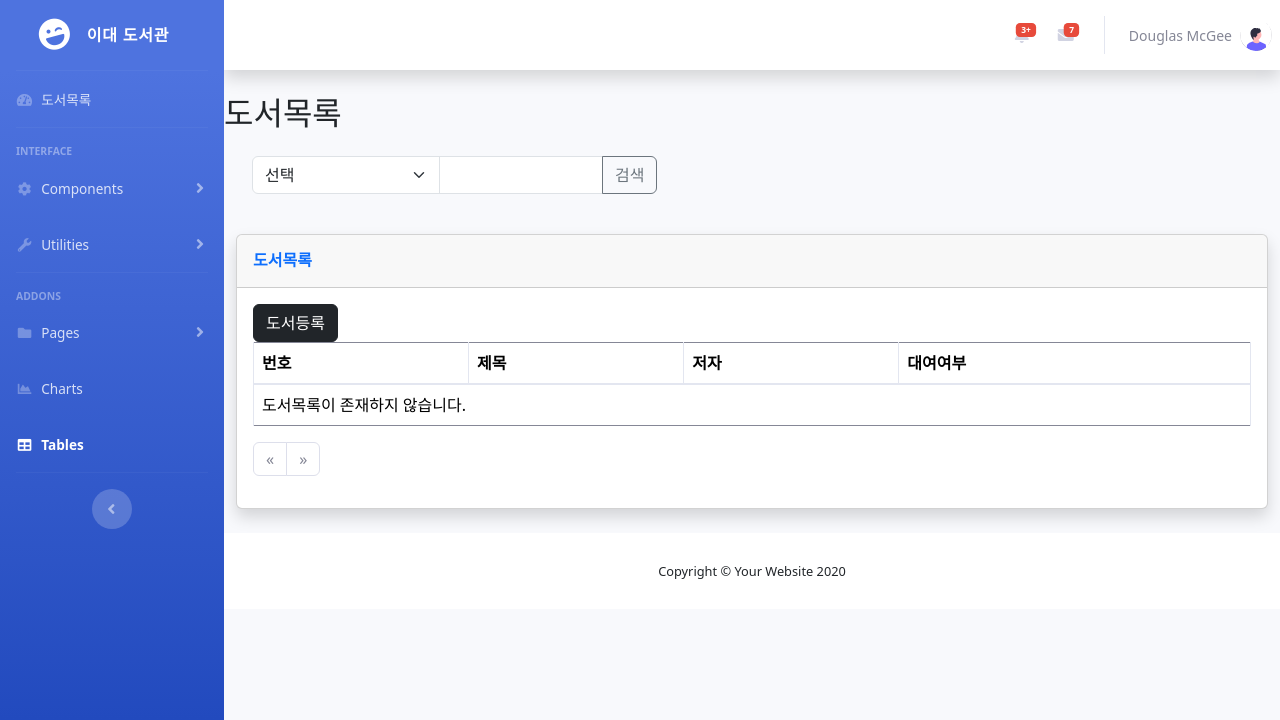
Repository: allely/spring
Page: http://localhost/jsp/book/bookList
These files come from the project's save history. The page is drawn as it stood at one moment and after the next save; the edit follows.
The browser window is 1280 px wide. The pictures show the whole page.
The page is served by Tomcat 9. Other server files are loaded and not shown. Queries for data that is not in the repository find no rows.

Above is the page before, as saved 2023-11-27 03:20:29.

### 2. 서블릿 & JSP/jsp/jsp/src/main/webapp/book/bookList.jsp
<%@ page language="java" contentType="text/html; charset=UTF-8"
    pageEncoding="UTF-8"%>
<%@taglib prefix="c" uri="http://java.sun.com/jsp/jstl/core" %>
<!DOCTYPE html>
<html>
<head>

<link href="https://cdn.jsdelivr.net/npm/bootstrap@5.3.1/dist/css/bootstrap.min.css" rel="stylesheet" integrity="sha384-4bw+/aepP/YC94hEpVNVgiZdgIC5+VKNBQNGCHeKRQN+PtmoHDEXuppvnDJzQIu9" crossorigin="anonymous">

<style type="text/css">
	.pointer {
		cursor: pointer;
	}


</style>

<script type="text/javascript">
	window.onload = function() {
		// 요소 선택
		let regBtn = document.querySelector("#regBtn");

		// 이벤트 부여
		regBtn.addEventListener('click', function(){
			location.href = "/book/reg.jsp";
		});
	}

/*
	스크립트에서 함수 정의하는 방법
	function 함수명(파람0, 파람, ...);
*/
	function goview(no){
		location.href="/view?no=" + no;
	}
</script>
<meta charset="UTF-8">
<title>Insert title here</title>
</head>
<body>
<%@include file="/header.jsp" %>
	<!--  header 외부파일 인클루드 -->


	<!-- 도서목록을 출력한다. -->
	<h2>도서목록</h2>
	<!-- Content Wrapper -->
	<div id="content-wrapper" class="d-flex flex-column">

		<!-- 메인컨텐츠 영역 -->
		<!-- Begin Page Content -->
		<div class="container-fluid">

			<!-- Topbar Search -->
			<p>
			<form name="searchForm" action="/book/bookList"
				class="d-none d-sm-inline-block form-inline mr-auto ml-md-3 my-2 my-md-0 mw-100 navbar-search">
				<%--
				pageNo : <input type="text" name="pageNo" value="${pageDto.cri.pageNo }">
				num : <input type="text" name="num" value="">
				amount : <input type="text"	name="amount" value="10">
				 --%>
				<div class="input-group">
					<select class="form-select" name="searchField"
						id="inputGroupSelect04"
						aria-label="Example select with button addon">
						<option selected disabled>선택</option>
						<!-- 선택된 요소의 value값이 서버로 넘어간다. -->
						<option value="title"
							${pageDto.cri.searchField eq 'title' ? 'selected' : ""}>제목</option>
						<option value="id"
							${pageDto.cri.searchField eq 'id' ? 'selected' : ""}>작성자</option>
						<option value="content"
							${pageDto.cri.searchField eq 'content' ? 'selected' : ""}>내용</option>
					</select> <input type="text" name="searchWord" class="form-control"
						aria-label="Text input with dropdown button">
					<button class="btn btn-outline-secondary" type="submit">검색</button>
				</div>
			</form>
			</p>
			<br>

			<!-- DataTales Example -->
			<div class="card shadow mb-4">
				<div class="card-header py-3">
					<h6 class="m-0 font-weight-bold text-primary">도서목록</h6>
				</div>
				<div class="card-body">
					<button type="button" class="btn btn-dark" id="regBtn">도서등록</button>
					<div class="table-responsive">
						<table class="table table-bordered" width="100%" cellspacing="0">
							<thead>
								<tr>
									<th>번호</th>
									<th>제목</th>
									<th>저자</th>
									<th>대여여부</th>
								</tr>
							</thead>
							<tbody>

								<!-- 리스트가 비어있으면 메세지 출력 -->
								<c:if test="${empty list }" var="res">
									<tr>
										<td colspan="4">도서목록이 존재하지 않습니다.</td>
									</tr>
								</c:if>

								<!-- 리스트가 비어있지 않다면 도서목록 출력 -->
								<c:if test="${not res }">
									<c:forEach items="${list }" var="bookDto">
										<tr>
											<td>${bookDto.num }</td>
											<td class="pointer" onclick="goview(${bookDto.num})">${bookDto.title }</td>
											<td>${bookDto.author }</td>
											<!-- Y/N => 대여가능/대여중 -->
											<td>${bookDto.rentynStr }</td>
										</tr>
									</c:forEach>

								</c:if>
							</tbody>
						</table>
						<!-- pageDto가 reqeust영역에 저정되어 있으면  -->
						<%@include file="/06.session/servletEx/pageNavi.jsp"%>
					</div>
				</div>
			</div>

		</div>
		<!-- /.container-fluid -->

		<!-- 메인컨텐츠 영역 끝 -->

	</div>
	<!-- End of Main Content -->
	<!--  footer 외부파일 인클루드 -->
	<%@include file="/footer.jsp"%>
	<!-- 부트스트랩 js -->
	<script
		src="https://cdn.jsdelivr.net/npm/bootstrap@5.3.1/dist/js/bootstrap.bundle.min.js"
		integrity="sha384-HwwvtgBNo3bZJJLYd8oVXjrBZt8cqVSpeBNS5n7C8IVInixGAoxmnlMuBnhbgrkm"
		crossorigin="anonymous"></script>
</body>
</html>

### 2. 서블릿 & JSP/jsp/jsp/src/main/webapp/06.session/servletEx/pageNavi.jsp
<%@page import="com.me.dto.PageDto"%>
<%@page import="com.me.dto.Criteria"%>
<%@ page language="java" contentType="text/html; charset=UTF-8"
    pageEncoding="UTF-8"%>
<%@taglib prefix="c" uri="http://java.sun.com/jsp/jstl/core" %>
<!DOCTYPE html>
<html>
<head>
<script type="text/javascript">
	function goPage(pageNo){
		searchForm.pageNo.vaue = 0;
		searchForm.submit();


	}
</script>
<meta charset="UTF-8">
<title>Insert title here</title>
<!-- 부트스트랩 CSS -->
<link href="https://cdn.jsdelivr.net/npm/bootstrap@5.3.1/dist/css/bootstrap.min.css" rel="stylesheet" integrity="sha384-4bw+/aepP/YC94hEpVNVgiZdgIC5+VKNBQNGCHeKRQN+PtmoHDEXuppvnDJzQIu9" crossorigin="anonymous">

<%/*
	PageDto pageDto = null;
	if(request.getAttribute("pageDto") != null && !"".equals(request.getAttribute("pageDto"))){
		pageDto = (PageDto)request.getAttribute("pageDto");
	} else {
		pageDto = new PageDto(0, new Criteria());
	}
*/%>

</head>
<body>

<!-- 페이지 블럭을 출력하는 방법
	1. 요청 컨트롤러에서 pageDto를 request영역에 저장.
	2. pageNavi.jsp를 리스트 페이지 블럭을 출력하고 싶은 위치에 include.
	3. searchForm을 생성.
		pageNo 요소가 있어야 함.
 -->

<!-- 페이지네이션 -->
<nav aria-label="...">
  <ul class="pagination">

  	<!-- 앞으로 가기 버튼 시작, disabled : 비활성화 -->
    <li class='page-item ${pageDto.prev ? "" : "disabled" }'>
      <a class="page-link" onclick="goPage(${pageDto.startNo -1})">&laquo;</a>
    </li>
    <!-- 앞으로 가기 버튼 끝 -->

    <c:forEach begin="${pageDto.startNo }" end="${pageDto.endNo }" var="i">
	    <li class="page-item">
	    	<!-- href="..." 링크로 이동할 경우, 검색어가 유지되지 않는다. -->
	    	<!-- 검색어를 유지하기 위해 searchForm을 전송하는 goPage 함수를 생성. -->
	    	<!-- 링크를 함수호출로 변경, onClick이벤트가 발생하면 goPage()함수를 호출한다.
	    				함수의 파라메터로 페이지번호를 넣어주어야 한다. -->
	    	<a class="page-link ${pageDto.cri.pageNo eq i ? 'active' : '' }"
	    		onclick="goPage(${i})">
	    		${i }
	    	</a>
	    </li>
    </c:forEach>

    <!-- 뒤로가기 버튼 시작 -->
    <li class='page-item ${pageDto.prev ? "" : "disabled" }'>
      <a class="page-link" onclick="goPage(${pageDto.endNo + 1 })">&raquo;</a>
    </li>
    <!-- 뒤로가기 버튼 끝 -->

  </ul>
</nav>

<!-- 부트스트랩 JS -->
<script src="https://cdn.jsdelivr.net/npm/bootstrap@5.3.1/dist/js/bootstrap.bundle.min.js" integrity="sha384-HwwvtgBNo3bZJJLYd8oVXjrBZt8cqVSpeBNS5n7C8IVInixGAoxmnlMuBnhbgrkm" crossorigin="anonymous"></script>
</body>
</html>

### 2. 서블릿 & JSP/jsp/jsp/src/main/webapp/footer.jsp
<%@ page language="java" contentType="text/html; charset=UTF-8"
    pageEncoding="UTF-8"%>
<!DOCTYPE html>
<html>
<head>
<meta charset="UTF-8">
<title>Insert title here</title>
</head>
<body>
<div>
<div>

 <!-- Footer -->
            <footer class="sticky-footer bg-white">
                <div class="container my-auto">
                    <div class="copyright text-center my-auto">
                        <span>Copyright &copy; Your Website 2020</span>
                    </div>
                </div>
            </footer>
            <!-- End of Footer -->

        </div>
        <!-- End of Content Wrapper -->

    </div>
    <!-- End of Page Wrapper -->

    <!-- Scroll to Top Button-->
    <a class="scroll-to-top rounded" href="#page-top">
        <i class="fas fa-angle-up"></i>
    </a>

    <!-- Logout Modal-->
    <div class="modal fade" id="logoutModal" tabindex="-1" role="dialog" aria-labelledby="exampleModalLabel"
        aria-hidden="true">
        <div class="modal-dialog" role="document">
            <div class="modal-content">
                <div class="modal-header">
                    <h5 class="modal-title" id="exampleModalLabel">Ready to Leave?</h5>
                    <button class="close" type="button" data-dismiss="modal" aria-label="Close">
                        <span aria-hidden="true">×</span>
                    </button>
                </div>
                <div class="modal-body">Select "Logout" below if you are ready to end your current session.</div>
                <div class="modal-footer">
                    <button class="btn btn-secondary" type="button" data-dismiss="modal">Cancel</button>
                    <a class="btn btn-primary" href="login.html">Logout</a>
                </div>
            </div>
        </div>
    </div>

    <!-- Bootstrap core JavaScript-->
    <script src="../vendor/jquery/jquery.min.js"></script>
    <script src="../vendor/bootstrap/js/bootstrap.bundle.min.js"></script>

    <!-- Core plugin JavaScript-->
    <script src="../vendor/jquery-easing/jquery.easing.min.js"></script>

    <!-- Custom scripts for all pages-->
    <script src="../js/sb-admin-2.min.js"></script>

    <!-- Page level plugins -->
    <script src="../vendor/datatables/jquery.dataTables.min.js"></script>
    <script src="../vendor/datatables/dataTables.bootstrap4.min.js"></script>

    <!-- Page level custom scripts -->
    <script src="../js/demo/datatables-demo.js"></script>

</body>
</html>

### 2. 서블릿 & JSP/jsp/jsp/src/main/java/com/me/lib/controller/BookListController.java
package com.me.lib.controller;

import java.io.IOException;
import javax.servlet.ServletException;
import javax.servlet.annotation.WebServlet;
import javax.servlet.http.HttpServlet;
import javax.servlet.http.HttpServletRequest;
import javax.servlet.http.HttpServletResponse;

import com.me.dto.Criteria;
import com.me.dto.PageDto;
import com.me.lib.dao.BookDao;

@WebServlet("/book/bookList")
public class BookListController extends HttpServlet {
	private static final long serialVersionUID = 1L;

	/**
	 * 도서목록을 조회 후 request영역에 저장한다.
	 * bookList.jsp로 forward한다.
	 */
	protected void doGet(HttpServletRequest request, HttpServletResponse response) throws ServletException, IOException {
		// 사용자의 요청 정보를 확인한다.
		Criteria cri = new Criteria(
								request.getParameter("pageNo")	// 요청 페이지 번호(기본값 : 1)
								, request.getParameter("amount")  // 페이지당 게시물 수(기본값 : 10)
								, request.getParameter("searchField")
								, request.getParameter("searchWord")
								);
		System.out.println(cri);
		BookDao dao = new BookDao();
		// 도서목록 조회 후 reqeust영역에 담는다. 조회하기 위해서
		request.setAttribute("list", dao.getList(cri));

		// 페이지 블럭을 생성하기 위해
		PageDto pageDto = new PageDto(dao.getTotalCnt(cri), cri);
		request.setAttribute("pageDto", pageDto);

		dao.close();
		request.getRequestDispatcher("/book/bookList.jsp").forward(request, response);
	}
}

### 2. 서블릿 & JSP/jsp/jsp/src/main/java/com/me/dto/Criteria.java
package com.me.dto;
/**
 * 리스트를 조회하기 위한 파라메터 세팅
 */
public class Criteria {
	// 기본값을 설정
	// 페이지 번호
	private int pageNo = 1;
	// 페이지당 게시물 수
	private int amount = 10;

	// 검색어
	private String searchWord = "";
	// 검색 필드
	private String searchField = "";

	// 페이지 번호와 페이지당 게시물의 수를 받아서 조회할 게시글 목록을
	// 조회할 게시글의 시작 번호
	private int startNum;
	// 조회할 게시글의 끝번호
	private int endNum;

	/**
	 * 생성자를 통해 페이번호와 페이지당 게시물의 수를 받아와서
	 * 시작번화와 끝번호를 구한다.
	 * @param pageNo
	 * @param amount
	 */

	public Criteria() {
		endNum = this.pageNo * this.amount;
		startNum = endNum - (this.amount-1);
	}

	public Criteria(String pageNo, String amount) {
		//페이지 조회에 필요한 정보 수집.
		// request.getParameter("")를 받아 사용하기 때문에 매개변수를 String으로 받는다.
		if(pageNo != null && !"".equals(pageNo)) {
			this.pageNo = Integer.parseInt(pageNo);
		}
		if(amount != null && !"".equals(amount)) {
			this.amount = Integer.parseInt(amount);
		}
		endNum = this.pageNo * this.amount;
		startNum = endNum - (this.amount-1);
	}

	public Criteria(String pageNo, String amount, String searchField, String searchWord) {
		//페이지 조회에 필요한 정보 수집.
		// request.getParameter("")를 받아 사용하기 때문에 매개변수를 String으로 받는다.
		if(pageNo != null && !"".equals(pageNo)) {
			this.pageNo = Integer.parseInt(pageNo);
		}
		if(amount != null && !"".equals(amount)) {
			this.amount = Integer.parseInt(amount);
		}

		endNum = this.pageNo * this.amount;
		startNum = endNum - (this.amount-1);

		if(searchField != null && !"".equals(searchField)) {
			this.searchField = searchField;
		}
		if(searchWord != null && !"".equals(searchWord)) {
			this.searchWord = searchWord;
		}
	}

	@Override
	public String toString() {
		// 재정의하지 않으면 메모리주소가 출력.
		// toString메서드를 재정의하여 객체가 가진 필드값을 출력한다.
		return "[searchWord] : " + searchWord
				+ "\n[searchField] :" + searchField
				+ "\n[pageNo] : " + pageNo
				+ "\n[amount] : " + amount;
	}

	public int getPageNo() {
		return pageNo;
	}
	public void setPageNo(int pageNo) {
		this.pageNo = pageNo;
	}
	public int getAmount() {
		return amount;
	}
	public void setAmount(int amount) {
		this.amount = amount;
	}
	public int getStartNum() {
		return startNum;
	}
	public void setStartNum(int startNum) {
		this.startNum = startNum;
	}
	public int getEndNum() {
		return endNum;
	}
	public void setEndNum(int endNum) {
		this.endNum = endNum;
	}

	public String getSearchWord() {
		return searchWord;
	}

	public void setSearchWord(String searchWord) {
		this.searchWord = searchWord;
	}

	public String getSearchField() {
		return searchField;
	}

	public void setSearchField(String searchField) {
		this.searchField = searchField;
	}
}

### 2. 서블릿 & JSP/jsp/jsp/src/main/java/com/me/common/DBConnPool.java
package com.me.common;

import java.sql.Connection;
import java.sql.PreparedStatement;
import java.sql.ResultSet;
import java.sql.SQLException;
import java.sql.Statement;

import javax.naming.Context;
import javax.naming.InitialContext;
import javax.naming.NamingException;
import javax.sql.DataSource;

public class DBConnPool {
	public Connection con;
	public Statement stmt;
	public PreparedStatement pstmt;
	public ResultSet rs;

	public DBConnPool() {

		try {
			// JNDI를 통해 커넥션을 얻어오기

			Context initContext = new InitialContext();
			Context envContext  = (Context)initContext.lookup("java:/comp/env");
			DataSource ds = (DataSource)envContext.lookup("jdbc/myoracle");
			// 커넥션풀을 통해 연결 객체를 멤버변수 con에 담아준다.
			con = ds.getConnection();
			System.out.println("확인 : " + con);

		} catch (NamingException e) {
			System.out.println("===============DBConnPool NamingException");
			e.printStackTrace();
		} catch (SQLException e) {
			System.out.println("===============DBConnPool SQLException");
			e.printStackTrace();
		}
	}

	/**
	 * 연결해제(자원반납)
	 */
	public void close() {
		try {
			if(rs != null) rs.close();
			if(pstmt != null) pstmt.close();
			if(stmt != null) stmt.close();
			if(con != null) con.close();
			System.out.println("자원 반납 성공");

		} catch(Exception e){
			System.out.println("자원 반납 중 예외가 발생했습니다.");
			e.printStackTrace();
		}
	}
	/**
	 * 페이지쿼리를 생성해주는 메서드
	 * @param sql
	 * @return
	 */
	public String pageingQuery(String sql) {
		String before = "SELECT * \n"
				+ "	FROM 	(SELECT B.* ,ROWNUM RNUM\r\n"
				+ "        		FROM    (";
		String after = "		) B\r\n"
				+ " 	)\r\n"
				+ "WHERE RNUM BETWEEN ? AND ?";
		return before + sql + after;
	}
}

### 2. 서블릿 & JSP/jsp/jsp/src/main/java/com/me/lib/dao/BookDao.java
package com.me.lib.dao;

import java.sql.SQLException;
import java.util.ArrayList;
import java.util.List;

import com.me.common.DBConnPool;
import com.me.dto.Criteria;
import com.me.lib.dto.BookDto;

public class BookDao extends DBConnPool{
	/**
	 * 도서의 상세 정보를 조회 후 반환한다.
	 * @param no
	 * @return 도서정보(BookDto)
	 */
	public BookDto view(String no) {

		String sql = "SELECT * FROM BOOK WHERE NO = ?";

		BookDto bookDto = new BookDto();

		try {
			pstmt = con.prepareStatement(sql);
			pstmt.setString(1, no);

			rs = pstmt.executeQuery();

			if(rs.next()) {
				bookDto.setNum(rs.getString("no"));
				bookDto.setTitle(rs.getString("title"));
				bookDto.setAuthor(rs.getString("author"));
				bookDto.setRentyn(rs.getString("rentyn"));
				// setRentyn() 에 rentynStr도 같이 입력되도록 함.
			}

		} catch (SQLException e) {
			e.printStackTrace();
		}
		return bookDto;
	}

	/**
	 * 도서목록을 조회 후 반환한다.
	 * @return 도서목록
	 */
	public List<BookDto> getList(Criteria cri){
		List<BookDto> list = new ArrayList<>();

		String where = "";
		if(!"".equals(cri.getSearchField())
				&& !"".equals(cri.getSearchWord())) {
			where = "WHERE " + cri.getSearchField()
					+ " LIKE '%" + cri.getSearchWord() + "%'";
		}
		String sql = "SELECT * \r\n"
				+ "	FROM BOOK \r\n"
				+ where
				+ "	ORDER BY NO DESC\r\n";
		try {
			// pageingQuery를 이용시 페이지 처리를 위한 파라메터 세팅을 해주어야 한다.
			sql = pageingQuery(sql);
			System.out.println(sql);
			pstmt = con.prepareStatement(sql);
			pstmt.setInt(1, cri.getStartNum());
			pstmt.setInt(2, cri.getEndNum());
			rs = pstmt.executeQuery();

			while(rs.next()) {
				String no = rs.getString("no");
				String title = rs.getString("title");
				String author = rs.getString("author");
				String rentyn = rs.getString("rentyn");
				BookDto dto = new BookDto(no, title, author, rentyn);
				list.add(dto);
			}
		} catch (SQLException e) {

			e.printStackTrace();
		}
		return list;
	}

	public int getTotalCnt(Criteria cri) {
		int res = 0;
		String where = "";
		if(!"".equals(cri.getSearchField())
				&& !"".equals(cri.getSearchWord())) {
			where = "WHERE " + cri.getSearchField()
					+ " LIKE '%" + cri.getSearchWord() + "%'";
		}
		String sql = "SELECT COUNT(*) FROM BOOK "
					+ where;

		try {
			pstmt = con.prepareStatement(sql);
			rs = pstmt.executeQuery();

			if(rs.next()) {
				res = rs.getInt(1);
			}
		} catch (SQLException e) {
			e.printStackTrace();
		}

		return res;
	}
	/**
	 * 도서 등록
	 * @param dto
	 * @return
	 */
	public int regBook(BookDto dto) {
		int res = 0;
		String sql = "INSERT INTO BOOK (NO, TITLE, RENTYN, AUTHOR)\r\n"
				+ "            VALUES (SEQ_NUMBER_NO.NEXTVAL, '?', 'N', '?')";

		try {
			pstmt = con.prepareStatement(sql);

			pstmt.setString(1, dto.getTitle());
			pstmt.setString(2, dto.getAuthor());

			// select문장은 결과집합을 반환 : rs = pstmt.executeQuery();
			// insert, delete, update의 반환 타입은 몇 건이 처리되었는지 결과
			res = pstmt.executeUpdate();
		} catch (SQLException e) {
			e.printStackTrace();
		}
		return res;
	}
}

### 2. 서블릿 & JSP/jsp/jsp/src/main/java/com/me/dto/PageDto.java
package com.me.dto;

public class PageDto {
	// 페이지 블럭을 그리기 위해 필요한 정보
	int startNo;		// 페이지 블럭 시작번호
	int endNo;			// 페이지 블럭 끝번호
	int realEndno;		// 게시물의 끝 페이지 번호 (총 게시물의 수 / 페이지당 게시물 수)
	boolean prev, next;	// 이전, 다음 버튼(true: 보여주기)
	// 위의 정보들을 세팅하기 위해 필요한 값
	int totalCnt;		// 총 게시물의 수
	Criteria cri;		// 요청 페이지번호, 페이지당 게수물 수
	int blockAmount = 10;	// 페이지블럭에 보여줄 페이지의 수

	/**
	 * 생성자를 통해 페이지 블럭을 그리기 위한 정보를 세팅한다.
	 * @param totalCnt
	 * @param cri
	 * @param blockAmount
	 */
	public PageDto(int totalCnt, Criteria cri, String blockAmount) {
		// 생성자 호출
		this(totalCnt, cri);

		if(blockAmount != null && !"".equals(blockAmount)) {
			this.blockAmount = Integer.parseInt(blockAmount);
		}
	}

	public PageDto(int totalCnt, Criteria cri) {
		super();
		this.totalCnt = totalCnt;
		this.cri = cri;

		// 요청 페이지, 블럭당 페이지 수에 따라서 블럭의 범위가 정해진다.

		// 페이지 블럭의 시작번호, 끝번호
		endNo = (int)Math.ceil(cri.getPageNo() / (blockAmount * 1.0)) * blockAmount;
		startNo = endNo - (blockAmount - 1);

		System.out.println("시작번호 : " + startNo);

		// 페이지 끝번호
		realEndno = (int)Math.ceil((totalCnt * 1.0)/cri.getAmount());

		// 게시물이 67건인 경우 realEndNo는 7인데 endNo는 10으로 계산된다.
		// 이 떄 페이지블럭을 더 만들지 않기 위해 비교연산하여 realEndNo를 끝번호로 정한다.
		endNo = endNo > realEndno ? realEndno : endNo;

		System.out.println("끝번호 : " + endNo);

		prev = startNo == 1 ? false : true;
		next = endNo == realEndno ? false : true;


	}

	public int getStartNo() {
		return startNo;
	}

	public void setStartNo(int startNo) {
		this.startNo = startNo;
	}

	public int getEndNo() {
		return endNo;
	}

	public void setEndNo(int endNo) {
		this.endNo = endNo;
	}

	public int getRealEndno() {
		return realEndno;
	}

	public void setRealEndno(int realEndno) {
		this.realEndno = realEndno;
	}

	public boolean isPrev() {
		return prev;
	}

	public void setPrev(boolean prev) {
		this.prev = prev;
	}

	public boolean isNext() {
		return next;
	}

	public void setNext(boolean next) {
		this.next = next;
	}

	public int getTotalCnt() {
		return totalCnt;
	}

	public void setTotalCnt(int totalCnt) {
		this.totalCnt = totalCnt;
	}

	public Criteria getCri() {
		return cri;
	}

	public void setCri(Criteria cri) {
		this.cri = cri;
	}
}

Loaded but not shown: 2. 서블릿 & JSP/jsp/jsp/src/main/webapp/css/sb-admin-2.min.css (library); 2. 서블릿 & JSP/jsp/jsp/src/main/webapp/js/sb-admin-2.min.js (common file); 2. 서블릿 & JSP/jsp/jsp/src/main/webapp/js/demo/datatables-demo.js (common file); 2. 서블릿 & JSP/jsp/jsp/src/main/webapp/img/undraw_profile.svg (1 lines, source omitted); 2. 서블릿 & JSP/jsp/jsp/src/main/webapp/header.jsp (308 lines, source omitted)

After the next save:
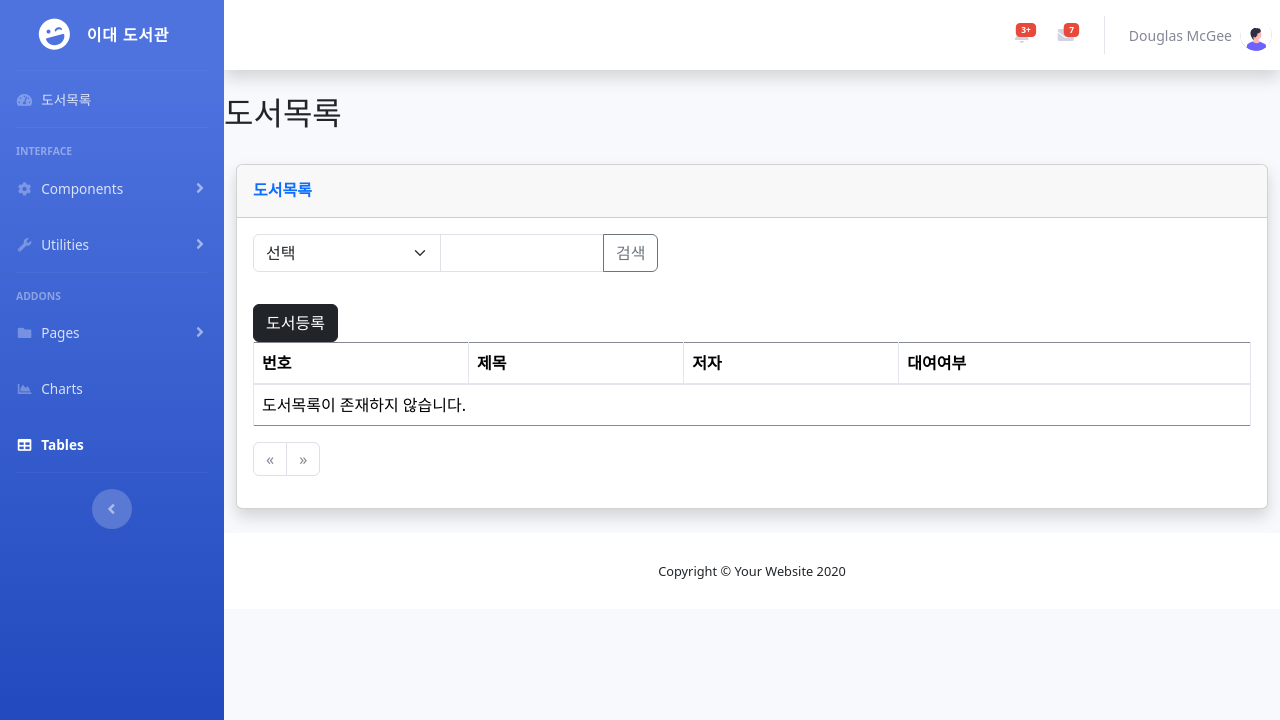
Saved 19 s later.
--- a/2. 서블릿 & JSP/jsp/jsp/src/main/webapp/book/bookList.jsp
+++ b/2. 서블릿 & JSP/jsp/jsp/src/main/webapp/book/bookList.jsp
@@ -52,6 +52,13 @@
 		<div class="container-fluid">
 
 			<!-- Topbar Search -->
+			<br>
+
+			<!-- DataTales Example -->
+			<div class="card shadow mb-4">
+				<div class="card-header py-3">
+					<h6 class="m-0 font-weight-bold text-primary">도서목록</h6>
+				</div>
 			<p>
 			<form name="searchForm" action="/book/bookList"
 				class="d-none d-sm-inline-block form-inline mr-auto ml-md-3 my-2 my-md-0 mw-100 navbar-search">
@@ -78,13 +85,7 @@
 				</div>
 			</form>
 			</p>
-			<br>
 
-			<!-- DataTales Example -->
-			<div class="card shadow mb-4">
-				<div class="card-header py-3">
-					<h6 class="m-0 font-weight-bold text-primary">도서목록</h6>
-				</div>
 				<div class="card-body">
 					<button type="button" class="btn btn-dark" id="regBtn">도서등록</button>
 					<div class="table-responsive">
